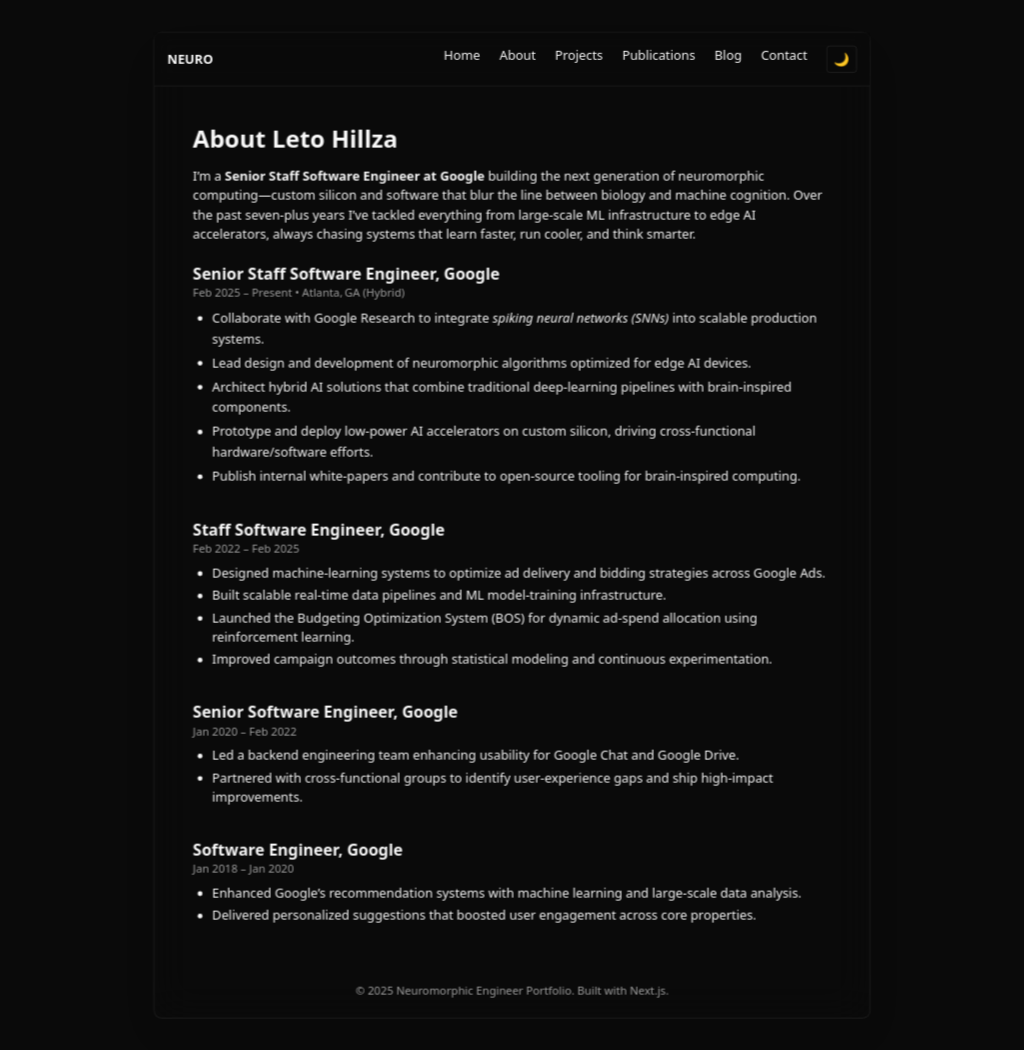
Repository: thecodingcult/portfolio
Page: /about
An editor plug-in stored every save of this project. The page is shown before and after the next save, followed by the edit.
The browser window is 1280 px wide. The pictures show the whole page, at 80% of full size.
The project was rebuilt for these pictures with package versions that can differ from the ones it lists, and the page was loaded fresh each time. The framework's server and built-in components were replaced by stand-ins that run in the browser. Also part of the build but not shown: next.config.ts.

Above is the page before, as saved 2025-07-21 11:35:17.

### src/app/layout.tsx
import type { Metadata } from "next";
import Providers from "@/components/Providers";
import "./globals.css";

export const metadata: Metadata = {
  title: "Create Next App",
  description: "Generated by create next app",
};

export default function RootLayout({
  children,
}: Readonly<{
  children: React.ReactNode;
}>) {
  return (
    <html lang="en" suppressHydrationWarning>
      <body className="antialiased">
        <Providers>{children}</Providers>
      </body>
    </html>
  );
}

### src/app/about/page.tsx
import ContentShell from '@/components/ContentShell'

export default function About() {
  return (
    <ContentShell>
      <h1 className="text-3xl font-bold mb-4">About Leto Hillza</h1>

      <p className="mb-6">
        I’m a <strong>Senior Staff Software Engineer at Google</strong> building the next generation of
        neuromorphic computing—custom silicon and software that blur the line between biology and machine
        cognition. Over the past seven‑plus years I’ve tackled everything from large‑scale ML infrastructure
        to edge AI accelerators, always chasing systems that learn faster, run cooler, and think smarter.
      </p>

      {/* Experience Timeline */}
      <section className="space-y-10">
        {/* Senior Staff Software Engineer */}
        <div>
          <h2 className="text-xl font-semibold">
            Senior Staff Software Engineer, Google
          </h2>
          <p className="text-sm text-muted-foreground">
            Feb&nbsp;2025 – Present • Atlanta, GA (Hybrid)
          </p>
          <ul className="list-disc ml-6 mt-2 space-y-1 text-base leading-relaxed">
            <li>
              Collaborate with Google Research to integrate&nbsp;
              <em>spiking neural networks (SNNs)</em> into scalable production systems.
            </li>
            <li>
              Lead design and development of neuromorphic algorithms optimized for edge AI devices.
            </li>
            <li>
              Architect hybrid AI solutions that combine traditional deep‑learning pipelines with
              brain‑inspired components.
            </li>
            <li>
              Prototype and deploy low‑power AI accelerators on custom silicon, driving cross‑functional
              hardware/software efforts.
            </li>
            <li>
              Publish internal white‑papers and contribute to open‑source tooling for
              brain‑inspired computing.
            </li>
          </ul>
        </div>

        {/* Staff Software Engineer */}
        <div>
          <h2 className="text-xl font-semibold">
            Staff Software Engineer, Google
          </h2>
          <p className="text-sm text-muted-foreground">
            Feb&nbsp;2022 – Feb 2025
          </p>
          <ul className="list-disc ml-6 mt-2 space-y-1">
            <li>
              Designed machine‑learning systems to optimize ad delivery and bidding strategies across
              Google Ads.
            </li>
            <li>
              Built scalable real‑time data pipelines and ML model‑training infrastructure.
            </li>
            <li>
              Launched the Budgeting Optimization System (BOS) for dynamic ad‑spend allocation using
              reinforcement learning.
            </li>
            <li>
              Improved campaign outcomes through statistical modeling and continuous experimentation.
            </li>
          </ul>
        </div>

        {/* Senior Software Engineer */}
        <div>
          <h2 className="text-xl font-semibold">
            Senior Software Engineer, Google
          </h2>
          <p className="text-sm text-muted-foreground">
            Jan&nbsp;2020 – Feb 2022
          </p>
          <ul className="list-disc ml-6 mt-2 space-y-1">
            <li>
              Led a backend engineering team enhancing usability for Google Chat and Google Drive.
            </li>
            <li>
              Partnered with cross‑functional groups to identify user‑experience gaps and ship high‑impact
              improvements.
            </li>
          </ul>
        </div>

        {/* Software Engineer */}
        <div>
          <h2 className="text-xl font-semibold">
            Software Engineer, Google
          </h2>
          <p className="text-sm text-muted-foreground">
            Jan&nbsp;2018 – Jan 2020
          </p>
          <ul className="list-disc ml-6 mt-2 space-y-1">
            <li>
              Enhanced Google’s recommendation systems with machine learning and large‑scale data analysis.
            </li>
            <li>
              Delivered personalized suggestions that boosted user engagement across core properties.
            </li>
          </ul>
        </div>
      </section>
    </ContentShell>
  )
}

### src/components/Providers.tsx
'use client'

import { ThemeProvider } from 'next-themes'
import { AnimatePresence, motion } from 'framer-motion'
import { usePathname } from 'next/navigation'
import CommandPalette from './CommandPalette'

export default function Providers({ children }: { children: React.ReactNode }) {
  const pathname = usePathname()
  return (
    <ThemeProvider attribute="class" defaultTheme="dark" enableSystem>
      <CommandPalette />
      <AnimatePresence mode="wait">
        <motion.div
          key={pathname}
          initial={{ opacity: 0, y: 10 }}
          animate={{ opacity: 1, y: 0 }}
          exit={{ opacity: 0, y: -10 }}
          transition={{ duration: 0.3 }}
        >
          {children}
        </motion.div>
      </AnimatePresence>
    </ThemeProvider>
  )
}

### src/components/ContentShell.tsx
import Navbar from './Navbar'
import Footer from './Footer'

export default function ContentShell({ children }: { children: React.ReactNode }) {
  return (
    <div className="min-h-screen flex items-center justify-center py-10 px-4">
      <div className="w-full max-w-4xl mx-auto border rounded-lg bg-background/80 backdrop-blur-xl shadow-2xl shadow-black/10">
        <Navbar />
        <main className="p-8 md:p-12">
          {children}
        </main>
        <Footer />
      </div>
    </div>
  )
}

### src/components/CommandPalette.tsx
'use client'

import { Command } from 'cmdk'
import { useRouter } from 'next/navigation'
import { useEffect, useState } from 'react'
import { useTheme } from 'next-themes'

const pages = [
  { label: 'Home', href: '/' },
  { label: 'About', href: '/about' },
  { label: 'Projects', href: '/projects' },
  { label: 'Blog', href: '/blog' },
]

export default function CommandPalette() {
  const [open, setOpen] = useState(false)
  const router = useRouter()
  const { theme, setTheme } = useTheme()

  useEffect(() => {
    const down = (e: KeyboardEvent) => {
      if ((e.metaKey || e.ctrlKey) && e.key.toLowerCase() === 'k') {
        e.preventDefault()
        setOpen((o) => !o)
      }
    }
    window.addEventListener('keydown', down)
    return () => window.removeEventListener('keydown', down)
  }, [])

  return (
    <Command.Dialog
      open={open}
      onOpenChange={setOpen}
      label="Command Menu"
      className="fixed inset-0 z-50 flex items-start justify-center pt-20 bg-black/50"
    >
      <div className="bg-background border rounded-md w-80 max-w-md p-4 shadow-lg">
        <Command.Input
          placeholder="Type a command..."
          className="w-full border-b mb-2 px-2 py-1 bg-transparent focus:outline-none"
        />
        <Command.List>
          {pages.map((p) => (
            <Command.Item
              key={p.href}
              onSelect={() => {
                router.push(p.href)
                setOpen(false)
              }}
            >
              {p.label}
            </Command.Item>
          ))}
          <Command.Item
            onSelect={() => {
              setTheme(theme === 'dark' ? 'light' : 'dark')
              setOpen(false)
            }}
          >
            Toggle Theme
          </Command.Item>
        </Command.List>
      </div>
    </Command.Dialog>
  )
}

### src/components/Navbar.tsx
'use client'

import Link from 'next/link'
import { useState } from 'react'
import ThemeToggle from './ThemeToggle'

const links = [
  { href: '/', label: 'Home' },
  { href: '/about', label: 'About' },
  { href: '/projects', label: 'Projects' },
  { href: '/publications', label: 'Publications' },
  { href: '/blog', label: 'Blog' },
  { href: '/contact', label: 'Contact' },
]

export default function Navbar() {
  const [open, setOpen] = useState(false)

  return (
    <header className="backdrop-blur-md bg-background/70 border-b">
      <nav className="max-w-7xl mx-auto flex items-center justify-between p-4">
        <Link href="/" className="font-mono font-semibold">NEURO</Link>
        <button
          className="sm:hidden" onClick={() => setOpen(!open)}
          aria-label="Toggle Menu"
        >
          ☰
        </button>
        <ul className={`gap-6 sm:flex ${open ? 'block mt-4' : 'hidden'} sm:mt-0`}>
          {links.map((l) => (
            <li key={l.href}>
              <Link href={l.href} className="hover:underline" onClick={() => setOpen(false)}>
                {l.label}
              </Link>
            </li>
          ))}
          <li>
            <ThemeToggle />
          </li>
        </ul>
      </nav>
    </header>
  )
}

### src/components/Footer.tsx
export default function Footer() {
  return (
    <footer className="py-6 text-center text-sm text-muted-foreground">
      <p>
        © {new Date().getFullYear()} Neuromorphic Engineer Portfolio. Built with Next.js.
      </p>
    </footer>
  )
}

### src/components/ThemeToggle.tsx
'use client'

import { useTheme } from 'next-themes'
import { useEffect, useState } from 'react'

export default function ThemeToggle() {
  const { theme, setTheme } = useTheme()
  const [mounted, setMounted] = useState(false)
  useEffect(() => setMounted(true), [])

  if (!mounted) return null

  return (
    <button
      onClick={() => setTheme(theme === 'dark' ? 'light' : 'dark')}
      aria-label="Toggle Dark Mode"
      className="px-2 py-1 rounded border"
    >
      {theme === 'dark' ? '🌙' : '☀️'}
    </button>
  )
}

### src/components/TimelineItem.tsx
"use client"

import type { LucideIcon } from 'lucide-react'
import { motion } from 'framer-motion'

export interface TimelineItemProps {
  icon: LucideIcon
  title: string
  period: string
  children: React.ReactNode
}

export default function TimelineItem({ icon: Icon, title, period, children }: TimelineItemProps) {
  // Defensive: fallback if Icon is undefined
  if (!Icon) {
    return (
      <motion.div
        initial={{ opacity: 0, y: 20 }}
        whileInView={{ opacity: 1, y: 0 }}
        viewport={{ once: true }}
        transition={{ duration: 0.5 }}
        className="relative pl-10"
      >
        <div className="absolute left-0 top-1">
          <span className="text-primary text-lg">?</span>
        </div>
        <h2 className="text-xl font-semibold">{title}</h2>
        <p className="text-sm text-muted-foreground">{period}</p>
        <ul className="list-disc ml-6 mt-2 space-y-1 text-base leading-relaxed">
          {children}
        </ul>
      </motion.div>
    )
  }

  return (
    <motion.div
      initial={{ opacity: 0, y: 20 }}
      whileInView={{ opacity: 1, y: 0 }}
      viewport={{ once: true }}
      transition={{ duration: 0.5 }}
      className="relative pl-10"
    >
      <div className="absolute left-0 top-1">
        <Icon className="text-primary" size={20} />
      </div>
      <h2 className="text-xl font-semibold">{title}</h2>
      <p className="text-sm text-muted-foreground">{period}</p>
      <ul className="list-disc ml-6 mt-2 space-y-1 text-base leading-relaxed">
        {children}
      </ul>
    </motion.div>
  )
}

Loaded but not shown: src/app/globals.css (common file)

After the next save:
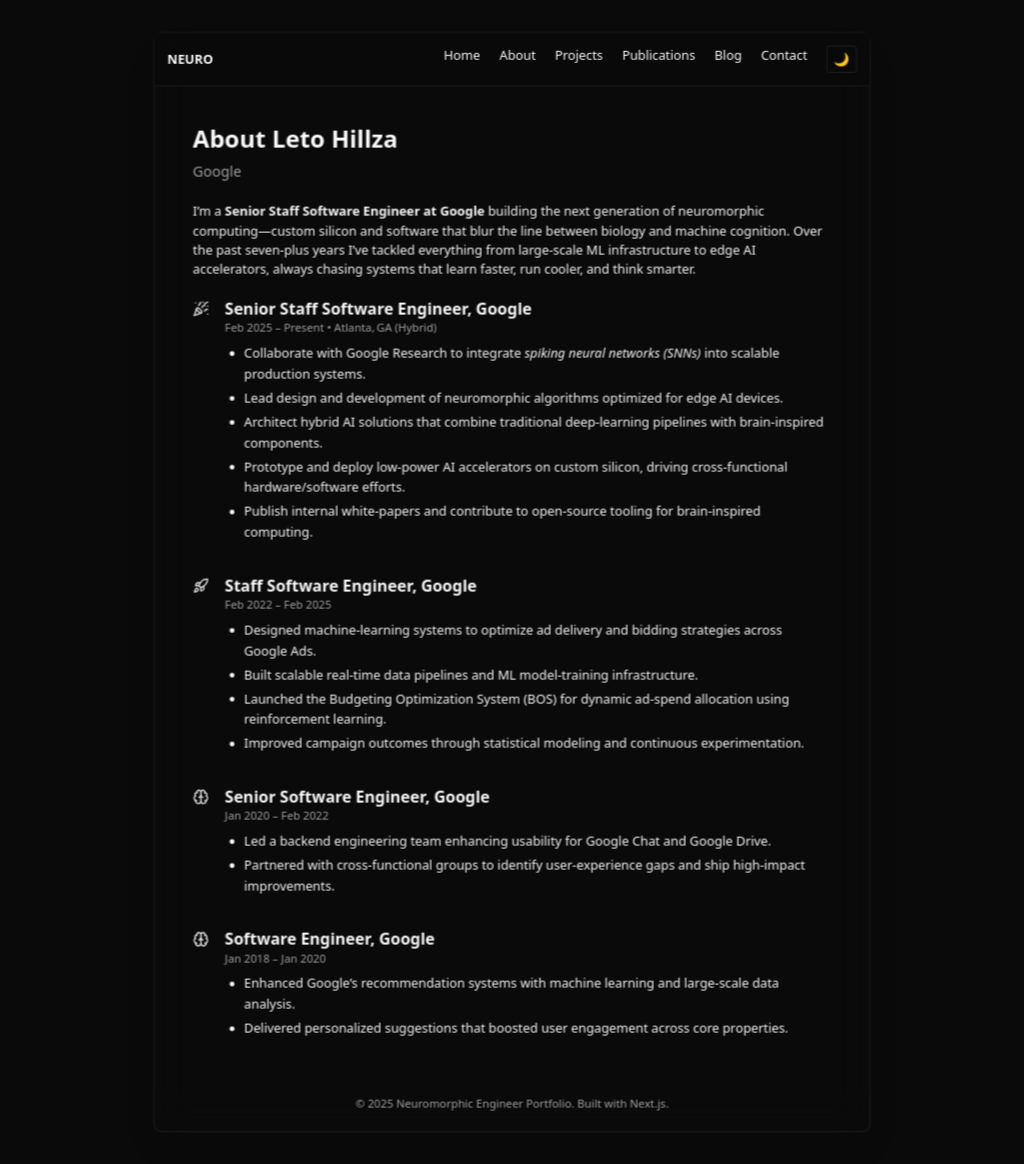
Saved 2 min 4 s later.
--- a/src/app/about/page.tsx
+++ b/src/app/about/page.tsx
@@ -1,9 +1,15 @@
+"use client"
+
+import { Brain, PartyPopper, Rocket } from 'lucide-react'
+
 import ContentShell from '@/components/ContentShell'
+import TimelineItem from '@/components/TimelineItem'
 
 export default function About() {
   return (
     <ContentShell>
-      <h1 className="text-3xl font-bold mb-4">About Leto Hillza</h1>
+      <h1 className="text-3xl font-bold mb-2">About Leto Hillza</h1>
+      <p className="text-lg text-muted-foreground mb-6">Google</p>
 
       <p className="mb-6">
         I’m a <strong>Senior Staff Software Engineer at Google</strong> building the next generation of
@@ -14,99 +20,43 @@
 
       {/* Experience Timeline */}
       <section className="space-y-10">
-        {/* Senior Staff Software Engineer */}
-        <div>
-          <h2 className="text-xl font-semibold">
-            Senior Staff Software Engineer, Google
-          </h2>
-          <p className="text-sm text-muted-foreground">
-            Feb&nbsp;2025 – Present • Atlanta, GA (Hybrid)
-          </p>
-          <ul className="list-disc ml-6 mt-2 space-y-1 text-base leading-relaxed">
-            <li>
-              Collaborate with Google Research to integrate&nbsp;
-              <em>spiking neural networks (SNNs)</em> into scalable production systems.
-            </li>
-            <li>
-              Lead design and development of neuromorphic algorithms optimized for edge AI devices.
-            </li>
-            <li>
-              Architect hybrid AI solutions that combine traditional deep‑learning pipelines with
-              brain‑inspired components.
-            </li>
-            <li>
-              Prototype and deploy low‑power AI accelerators on custom silicon, driving cross‑functional
-              hardware/software efforts.
-            </li>
-            <li>
-              Publish internal white‑papers and contribute to open‑source tooling for
-              brain‑inspired computing.
-            </li>
-          </ul>
-        </div>
+        <TimelineItem icon={PartyPopper} title="Senior Staff Software Engineer, Google" period="Feb 2025 – Present • Atlanta, GA (Hybrid)">
+          <li>
+            Collaborate with Google Research to integrate&nbsp;
+            <em>spiking neural networks (SNNs)</em> into scalable production systems.
+          </li>
+          <li>Lead design and development of neuromorphic algorithms optimized for edge AI devices.</li>
+          <li>
+            Architect hybrid AI solutions that combine traditional deep‑learning pipelines with
+            brain‑inspired components.
+          </li>
+          <li>
+            Prototype and deploy low‑power AI accelerators on custom silicon, driving cross‑functional
+            hardware/software efforts.
+          </li>
+          <li>Publish internal white‑papers and contribute to open‑source tooling for brain‑inspired computing.</li>
+        </TimelineItem>
 
-        {/* Staff Software Engineer */}
-        <div>
-          <h2 className="text-xl font-semibold">
-            Staff Software Engineer, Google
-          </h2>
-          <p className="text-sm text-muted-foreground">
-            Feb&nbsp;2022 – Feb 2025
-          </p>
-          <ul className="list-disc ml-6 mt-2 space-y-1">
-            <li>
-              Designed machine‑learning systems to optimize ad delivery and bidding strategies across
-              Google Ads.
-            </li>
-            <li>
-              Built scalable real‑time data pipelines and ML model‑training infrastructure.
-            </li>
-            <li>
-              Launched the Budgeting Optimization System (BOS) for dynamic ad‑spend allocation using
-              reinforcement learning.
-            </li>
-            <li>
-              Improved campaign outcomes through statistical modeling and continuous experimentation.
-            </li>
-          </ul>
-        </div>
+        <TimelineItem icon={Rocket} title="Staff Software Engineer, Google" period="Feb 2022 – Feb 2025">
+          <li>
+            Designed machine‑learning systems to optimize ad delivery and bidding strategies across Google Ads.
+          </li>
+          <li>Built scalable real‑time data pipelines and ML model‑training infrastructure.</li>
+          <li>
+            Launched the Budgeting Optimization System (BOS) for dynamic ad‑spend allocation using reinforcement learning.
+          </li>
+          <li>Improved campaign outcomes through statistical modeling and continuous experimentation.</li>
+        </TimelineItem>
 
-        {/* Senior Software Engineer */}
-        <div>
-          <h2 className="text-xl font-semibold">
-            Senior Software Engineer, Google
-          </h2>
-          <p className="text-sm text-muted-foreground">
-            Jan&nbsp;2020 – Feb 2022
-          </p>
-          <ul className="list-disc ml-6 mt-2 space-y-1">
-            <li>
-              Led a backend engineering team enhancing usability for Google Chat and Google Drive.
-            </li>
-            <li>
-              Partnered with cross‑functional groups to identify user‑experience gaps and ship high‑impact
-              improvements.
-            </li>
-          </ul>
-        </div>
+        <TimelineItem icon={Brain} title="Senior Software Engineer, Google" period="Jan 2020 – Feb 2022">
+          <li>Led a backend engineering team enhancing usability for Google Chat and Google Drive.</li>
+          <li>Partnered with cross‑functional groups to identify user‑experience gaps and ship high‑impact improvements.</li>
+        </TimelineItem>
 
-        {/* Software Engineer */}
-        <div>
-          <h2 className="text-xl font-semibold">
-            Software Engineer, Google
-          </h2>
-          <p className="text-sm text-muted-foreground">
-            Jan&nbsp;2018 – Jan 2020
-          </p>
-          <ul className="list-disc ml-6 mt-2 space-y-1">
-            <li>
-              Enhanced Google’s recommendation systems with machine learning and large‑scale data analysis.
-            </li>
-            <li>
-              Delivered personalized suggestions that boosted user engagement across core properties.
-            </li>
-          </ul>
-        </div>
+        <TimelineItem icon={Brain} title="Software Engineer, Google" period="Jan 2018 – Jan 2020">
+          <li>Enhanced Google’s recommendation systems with machine learning and large‑scale data analysis.</li>
+          <li>Delivered personalized suggestions that boosted user engagement across core properties.</li>
+        </TimelineItem>
       </section>
     </ContentShell>
   )
